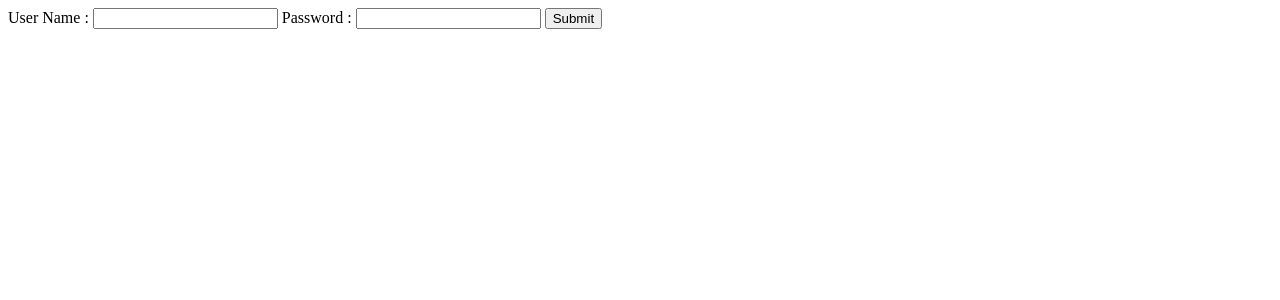
Repository: ahpraveen/springbootdemo
Page: demo/src/main/resources/static/login.html
These files come from the project's save history. The page is drawn as it stood at one moment and after the next save; the edit follows.
The browser window is 1280 px wide. The pictures show the whole page.

Above is the page before, as saved 2018-01-22 00:43:00.

After the next save:
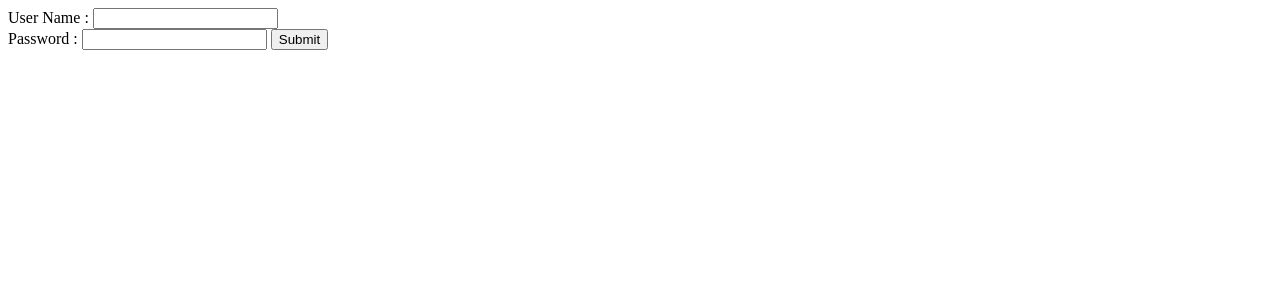
Saved 25 s later.
--- a/demo/src/main/resources/static/login.html
+++ b/demo/src/main/resources/static/login.html
@@ -5,7 +5,7 @@
 </head>
 <body>
 <form>
-User Name : <input type="text" name="username">
+User Name : <input type="text" name="username"><br>
 Password : <input type="text" name="password">
 <input type="Submit" value="Submit">
 </form>
